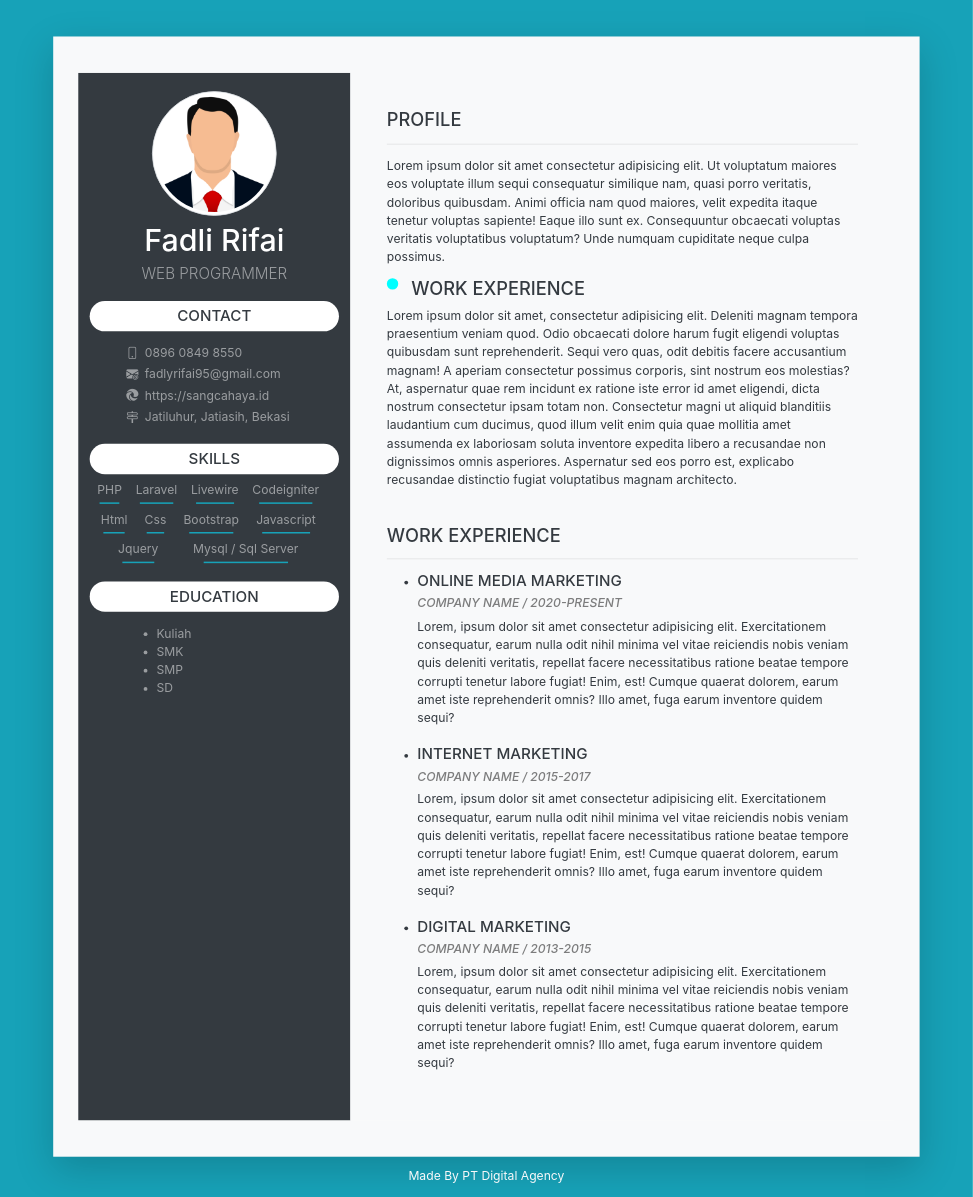
Repository: fadlyyy/fadlyyy.github.io
Page: index.html
The author's editor kept a copy of each file at every save. The page is drawn from the files as they stood at one save, then again after the next save.
The browser window is 1280 px wide. The pictures show the whole page, at 76% of full size.

Above is the page before, as saved 2024-01-31 08:02:02.

### index.html
<!DOCTYPE html>
<html lang="en">

<head>
     <!-- Required meta tags -->
     <meta charset="utf-8" />
     <meta name="viewport" content="width=device-width, initial-scale=1, shrink-to-fit=no" />

     <!-- Bootstrap CSS -->
     <link rel="stylesheet" href="https://cdn.jsdelivr.net/npm/bootstrap@4.6.2/dist/css/bootstrap.min.css"
          integrity="sha384-xOolHFLEh07PJGoPkLv1IbcEPTNtaed2xpHsD9ESMhqIYd0nLMwNLD69Npy4HI+N" crossorigin="anonymous" />

     <!-- Icon -->
     <link rel="stylesheet" href="https://cdn.jsdelivr.net/npm/bootstrap-icons@1.11.3/font/bootstrap-icons.min.css" />

     <link rel="stylesheet" href="style.css" />

     <title>Hello, world!</title>
</head>

<body class="bg-info">
     <div class="container p-5 bg-light mt-5 mb-5 shadow shadow-lg">
          <div class="row">
               <div class="col-lg-4 bg-dark text-white text-center py-4">
                    <div class="header-left">
                         <img src="img/profile.png"
                              alt="" class="img-thumbnail rounded-circle mb-2 w-50 h-50" />
                         <h1 class="display-5">Fadli Rifai</h1>
                         <h4 class="lead text-uppercase text-white-50 mb-4">Web Programmer</h4>
                    </div>

                    <!-- general info -->
                    <div class="general-info">
                         <h5 class="text-uppercase bg-white text-dark py-2 rounded-pill">contact</h5>

                         <ul class="list-unstyled text-white-50 py-2 text-left ml-5">
                              <li class="list-item mb-1">
                                   <p>
                                        <i class="bi bi-phone mr-1"></i> 0896 0849 8550
                                   </p>
                              </li>
                              <li class="list-item mb-1 text-wrap w-75">
                                   <p>
                                        <i class="bi bi-envelope-at-fill mr-1"></i> fadlyrifai95@gmail.com
                                   </p>
                              </li>
                              <li class="list-item mb-1">
                                   <p>
                                        <i class="bi bi-browser-edge mr-1"></i> https://sangcahaya.id
                                   </p>
                              </li>
                              <li class="list-item">
                                   <i class="bi bi-signpost-2 mr-1"></i>
                                   Jatiluhur, Jatiasih, Bekasi
                              </li>
                         </ul>
                    </div>

                    <!-- skills -->
                    <div>
                         <h5 class="text-uppercase bg-white text-dark py-2 rounded-pill">skills</h5>
                         <ul class="list list-unstyled text-white-50 px-2 text-left text-capitalize list-skills">
                              <li class="list-item">PHP</li>
                              <li class="list-item">laravel</li>
                              <li class="list-item">livewire</li>
                              <li class="list-item">codeigniter</li>
                              <li class="list-item">html</li>
                              <li class="list-item">css</li>
                              <li class="list-item">bootstrap</li>
                              <li class="list-item">javascript</li>
                              <li class="list-item">jquery</li>
                              <li class="list-item">mysql / sql server</li>
                         </ul>
                    </div>

                    <!-- educations -->
                    <div>
                         <h5 class="text-uppercase bg-white text-dark py-2 rounded-pill">education</h5>
                         <ul class="list text-white-50 ml-5 py-2 text-left text-capitalize">
                              <li class="list-item">Kuliah</li>
                              <li class="list-item">SMK</li>
                              <li class="list-item">SMP</li>
                              <li class="list-item">SD</li>
                         </ul>
                    </div>
               </div>

               <div class="col-lg-8 bg-light text-dark py-5 px-5 right-side">
                    <div class="header-right">
                         <h4 class="text-uppercase">Profile</h4>
                         <hr />
                         <p>
                              Lorem ipsum dolor sit amet consectetur adipisicing elit. Ut voluptatum maiores eos
                              voluptate illum sequi consequatur similique nam, quasi porro veritatis, doloribus
                              quibusdam. Animi officia nam quod maiores, velit expedita
                              itaque tenetur voluptas sapiente! Eaque illo sunt ex. Consequuntur obcaecati voluptas
                              veritatis voluptatibus voluptatum? Unde numquam cupiditate neque culpa possimus.
                         </p>
                    </div>

                    <div class="work-experience">
                         <h4 class="text-uppercase">work experience</h4>
                         <p>Lorem ipsum dolor sit amet, consectetur adipisicing elit. Deleniti magnam tempora praesentium veniam quod. Odio obcaecati dolore harum fugit eligendi voluptas quibusdam sunt reprehenderit. Sequi vero quas, odit debitis facere accusantium magnam! A aperiam consectetur possimus corporis, sint nostrum eos molestias? At, aspernatur quae rem incidunt ex ratione iste error id amet eligendi, dicta nostrum consectetur ipsam totam non. Consectetur magni ut aliquid blanditiis laudantium cum ducimus, quod illum velit enim quia quae mollitia amet assumenda ex laboriosam soluta inventore expedita libero a recusandae non dignissimos omnis asperiores. Aspernatur sed eos porro est, explicabo recusandae distinctio fugiat voluptatibus magnam architecto.</p>
                    </div>

                    <div class="mt-5">
                         <h4 class="text-uppercase">work experience</h4>
                         <hr>

                         <ul class="list">
                              <li class="list-item">
                                   <h5 class="display-6 text-uppercase">online media marketing</h5>
                                   <h6 class="text-uppercase text-black-50 font-italic">company name / 2020-present</h6>
                                   <p>Lorem, ipsum dolor sit amet consectetur adipisicing elit. Exercitationem consequatur, earum nulla odit nihil minima vel vitae reiciendis nobis veniam quis deleniti veritatis, repellat facere necessitatibus ratione beatae tempore corrupti tenetur labore fugiat! Enim, est! Cumque quaerat dolorem, earum amet iste reprehenderit omnis? Illo amet, fuga earum inventore quidem sequi?</p>
                              </li>

                              <li class="list-item mt-4">
                                   <h5 class="display-6 text-uppercase">internet marketing</h5>
                                   <h6 class="text-uppercase text-black-50 font-italic">company name / 2015-2017</h6>
                                   <p>Lorem, ipsum dolor sit amet consectetur adipisicing elit. Exercitationem consequatur, earum nulla odit nihil minima vel vitae reiciendis nobis veniam quis deleniti veritatis, repellat facere necessitatibus ratione beatae tempore corrupti tenetur labore fugiat! Enim, est! Cumque quaerat dolorem, earum amet iste reprehenderit omnis? Illo amet, fuga earum inventore quidem sequi?</p>
                              </li>

                              <li class="list-item mt-4">
                                   <h5 class="display-6 text-uppercase">digital marketing</h5>
                                   <h6 class="text-uppercase text-black-50 font-italic">company name / 2013-2015</h6>
                                   <p>Lorem, ipsum dolor sit amet consectetur adipisicing elit. Exercitationem consequatur, earum nulla odit nihil minima vel vitae reiciendis nobis veniam quis deleniti veritatis, repellat facere necessitatibus ratione beatae tempore corrupti tenetur labore fugiat! Enim, est! Cumque quaerat dolorem, earum amet iste reprehenderit omnis? Illo amet, fuga earum inventore quidem sequi?</p>
                              </li>
                         </ul>
                    </div>
               </div>
          </div>
     </div>
     <!-- Optional JavaScript; choose one of the two! -->

     <!-- footer -->
     <div class="footer">
          <p class="text-light text-center text-capitalize" style="margin-top: -35px;">made by PT Digital Agency</p>
     </div>

     <!-- Option 1: jQuery and Bootstrap Bundle (includes Popper) -->
     <script src="https://cdn.jsdelivr.net/npm/jquery@3.5.1/dist/jquery.slim.min.js"
          integrity="sha384-DfXdz2htPH0lsSSs5nCTpuj/zy4C+OGpamoFVy38MVBnE+IbbVYUew+OrCXaRkfj"
          crossorigin="anonymous"></script>
     <script src="https://cdn.jsdelivr.net/npm/bootstrap@4.6.2/dist/js/bootstrap.bundle.min.js"
          integrity="sha384-Fy6S3B9q64WdZWQUiU+q4/2Lc9npb8tCaSX9FK7E8HnRr0Jz8D6OP9dO5Vg3Q9ct"
          crossorigin="anonymous"></script>

     <!-- Option 2: Separate Popper and Bootstrap JS -->
     <!--
    <script src="https://cdn.jsdelivr.net/npm/jquery@3.5.1/dist/jquery.slim.min.js" integrity="sha384-DfXdz2htPH0lsSSs5nCTpuj/zy4C+OGpamoFVy38MVBnE+IbbVYUew+OrCXaRkfj" crossorigin="anonymous"></script>
    <script src="https://cdn.jsdelivr.net/npm/popper.js@1.16.1/dist/umd/popper.min.js" integrity="sha384-9/reFTGAW83EW2RDu2S0VKaIzap3H66lZH81PoYlFhbGU+6BZp6G7niu735Sk7lN" crossorigin="anonymous"></script>
    <script src="https://cdn.jsdelivr.net/npm/bootstrap@4.6.2/dist/js/bootstrap.min.js" integrity="sha384-+sLIOodYLS7CIrQpBjl+C7nPvqq+FbNUBDunl/OZv93DB7Ln/533i8e/mZXLi/P+" crossorigin="anonymous"></script>
    -->
</body>

</html>

### style.css
.general-info ul li p {
    margin: 0;
}

.list-skills {
    display: flex;
    flex-wrap: wrap;
    justify-content: space-evenly;
    align-content: space-around;
}

.list-skills .list-item {
    margin-right: 1rem;
    padding-bottom: .5rem;
}

.list-skills .list-item::after {
    content: '';
    display: block;
    background-color: #17a2b8;
    width: 80%;
    height: 2px;
    margin: auto;
    margin-top: 5px;
}

.work-experience {
    position: relative;
}

.work-experience h4 {
    margin-left: 2rem;
}

.work-experience::before {
    content: '';
    display: block;
    position: absolute;
    width: 15px;
    height: 15px;
    background-color: aqua;
    border-radius: 50%;
}

/* Media Query */
/* Extra Large */
@media (max-width: 1200px) {

}

/* Laptop */
@media (max-width: 992px) {

}

/* Tablet */
@media (max-width: 768px) {

}

/* Mobile */
@media (max-width: 576px) {
    .right-side {
        padding-left: 0 !important;
        padding-right: 0 !important;
    }
}

After the next save:
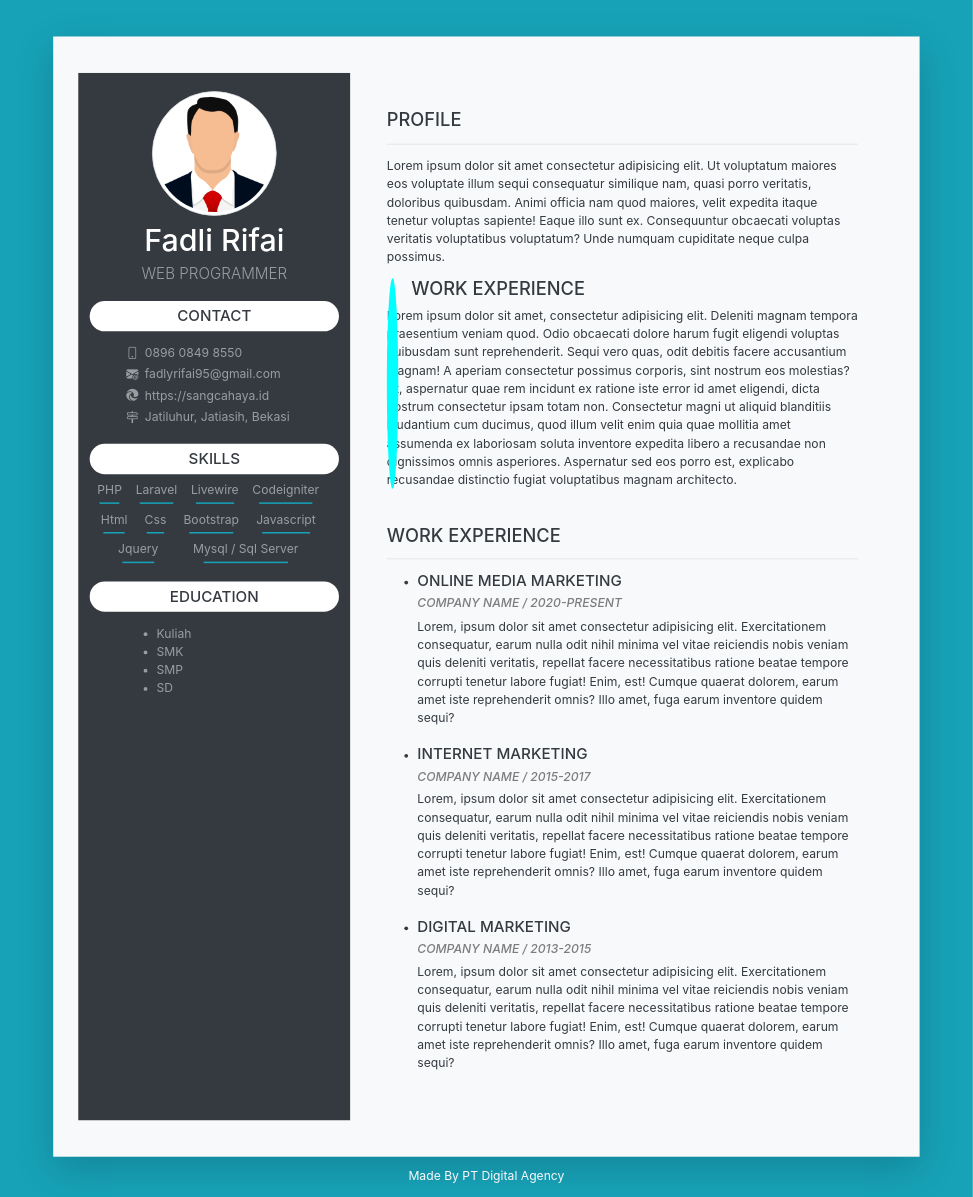
Saved 12 s later.
--- a/style.css
+++ b/style.css
@@ -42,6 +42,16 @@
     border-radius: 50%;
 }
 
+.work-experience::before {
+    content: '';
+    display: block;
+    position: absolute;
+    width: 15px;
+    height: 100%;
+    background-color: aqua;
+    border-radius: 50%;
+}
+
 /* Media Query */
 /* Extra Large */
 @media (max-width: 1200px) {
